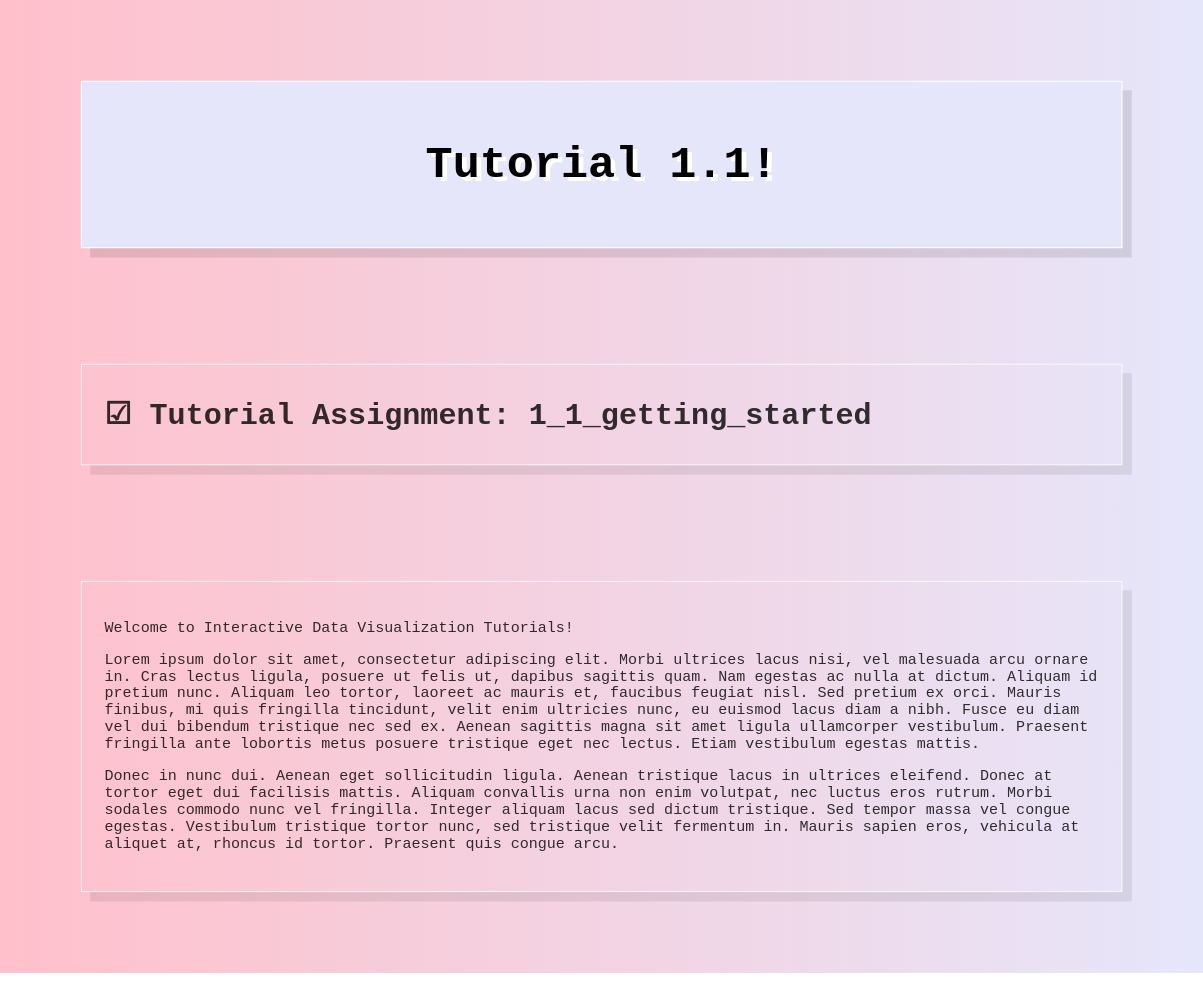
Repository: lisjak/Interactive-Data-Vis-Fall2022
Page: 1_1_getting_started/index.html
The author's editor kept a copy of each file at every save. The page is drawn from the files as they stood at one save, then again after the next save.
The browser window is 1280 px wide. The pictures show the whole page, at 94% of full size.
The pointer rests on the first visible `div`.
Some web fonts or font styles are not loaded; a fallback is used.

Above is the page before, as saved 2022-09-04 22:04:37.

### 1_1_getting_started/index.html
<!DOCTYPE html>

<head>
    <meta charset="utf-8">

    <title>Interactive Data Visualization Tutorial</title>

    <link rel="stylesheet" href="https://fonts.googleapis.com/css?family=Source+Sans+Pro">

    <link href="https://fonts.googleapis.com/css2?family=Azeret+Mono&display=swap" rel="stylesheet">

    <link rel="stylesheet" href="./style.css">
</head>

<body>
    <div>
        <h1>
            Tutorial 1.1!
        </h1>
    </div>
    <div>
        <h3>
            &#9745; Tutorial Assignment: 1_1_getting_started
        </h3>
    </div>
    <div>
        <p>
            Welcome to Interactive Data Visualization Tutorials!
        </p>

        <p>
            Lorem ipsum dolor sit amet, consectetur adipiscing elit. Morbi ultrices lacus nisi, vel malesuada arcu ornare in. Cras lectus ligula, posuere ut felis ut, dapibus sagittis quam. Nam egestas ac nulla at dictum. Aliquam id pretium nunc. Aliquam leo tortor,
            laoreet ac mauris et, faucibus feugiat nisl. Sed pretium ex orci. Mauris finibus, mi quis fringilla tincidunt, velit enim ultricies nunc, eu euismod lacus diam a nibh. Fusce eu diam vel dui bibendum tristique nec sed ex. Aenean sagittis magna
            sit amet ligula ullamcorper vestibulum. Praesent fringilla ante lobortis metus posuere tristique eget nec lectus. Etiam vestibulum egestas mattis.
        </p>

        <p>
            Donec in nunc dui. Aenean eget sollicitudin ligula. Aenean tristique lacus in ultrices eleifend. Donec at tortor eget dui facilisis mattis. Aliquam convallis urna non enim volutpat, nec luctus eros rutrum. Morbi sodales commodo nunc vel fringilla. Integer
            aliquam lacus sed dictum tristique. Sed tempor massa vel congue egestas. Vestibulum tristique tortor nunc, sed tristique velit fermentum in. Mauris sapien eros, vehicula at aliquet at, rhoncus id tortor. Praesent quis congue arcu.
        </p>
    </div>
</body>

</html>

### 1_1_getting_started/style.css
body {
    background-image: linear-gradient(to right, pink, lavender);
    font-family: 'Azeret Mono', monospace;
    font-size: 16px;
    padding: 1em;
    display: flex;
    flex-direction: column;
}

div {
    align-items: center;
    justify-content: center;
    border: 1px solid white;
    padding: 2%;
    margin: 5%;
    box-shadow: 10px 10px 0px rgb(0 0 0 / 0.1);
    transition: 0.5s;
    opacity: 0.8;
}

div:hover {
    background-color: lavender;
    padding: 4%;
    opacity: 1;
    transition: 0.5s;
}

div h1 {
    font-size: 3em;
    margin: 0.25em 0;
    text-shadow: 5px 5px 0px white;
    text-align: center;
    font-weight: bold;
}

h3 {
    font-size: 2em;
    margin: 0.25em 0;
}

p {
    font-size: 1em;
    color: black;
}

After the next save:
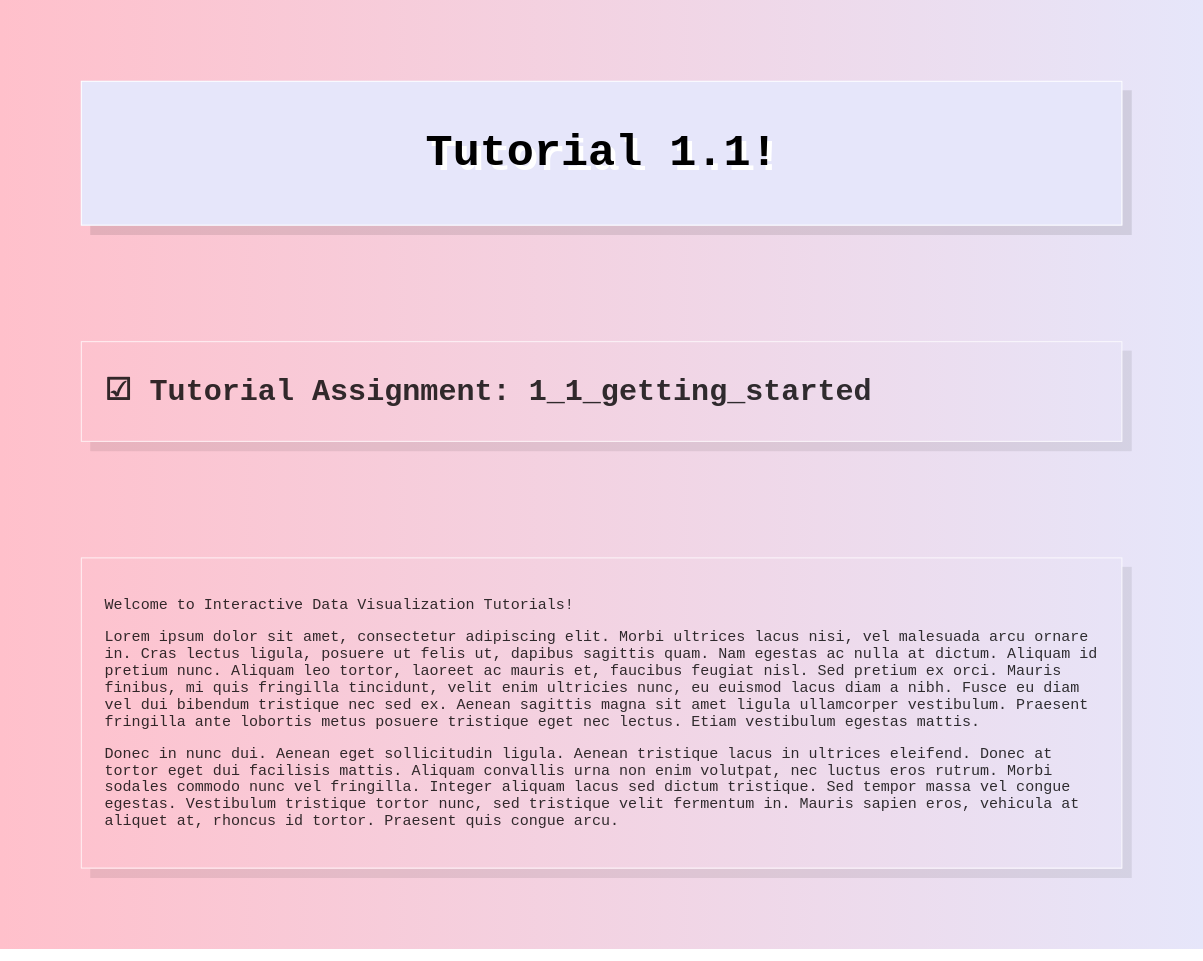
Saved 8 s later.
--- a/1_1_getting_started/style.css
+++ b/1_1_getting_started/style.css
@@ -20,7 +20,7 @@ div {
 
 div:hover {
     background-color: lavender;
-    padding: 4%;
+    padding: 3%;
     opacity: 1;
     transition: 0.5s;
 }
